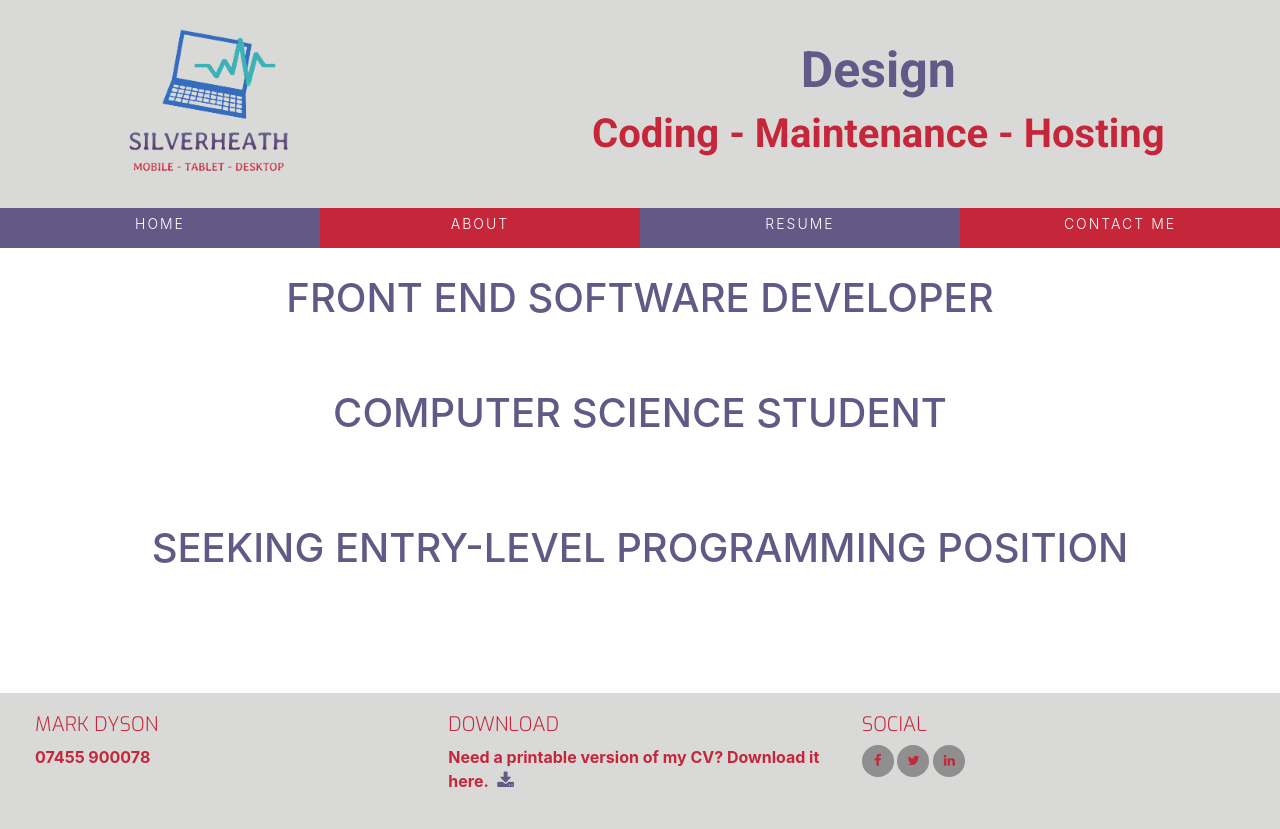
Repository: Code-Institute-Submissions/silverheath
Page: index.html
The author's editor kept a record of every edit. The page is drawn from the files as they stood at one moment, then again after the next edit.
The browser window is 1280 px wide. The pictures show the whole page.
Some web libraries are served in a nearby version.

Above is the page before.

### index.html
<!DOCTYPE html>
<html lang="en">

<head>
    <meta name="author" content="Mark Dyson">
    <meta charset="UTF-8">
    <meta name="viewport" content="width=device-width, initial-scale=1.0">
    <meta http-equiv="X-UA-Compatible" content="ie=edge">
    <link rel="stylesheet" href="https://maxcdn.bootstrapcdn.com/bootstrap/4.2.1/css/bootstrap.min.css" type="text/css" />
    <link rel="stylesheet" href="https://maxcdn.bootstrapcdn.com/font-awesome/4.7.0/css/font-awesome.min.css" type="text/css" />
    <link rel="stylesheet" href="https://cdnjs.cloudflare.com/ajax/libs/hover.css/2.1.1/css/hover-min.css" type="text/css" />
    <link rel="stylesheet" href="assets/css/style.css">
    <title>SilverHeath</title>
</head>

<body>
    <header>
        <div class="row no-gutters">
            <a class="col-md-4 logo" href="index.html"></a>
            <div class="col-md-8">
                <div class="row no-gutters bg-color-name-title">
                    <div class="col heading">
                        <h1 class="name" <h1 class="name">Design</h1>
                        <h2 class="title">Coding - Maintenance - Hosting</h2>
                    </div>
                </div>
                </div
                <div class="row no-gutters">
                    <div class="col">
                        <ul id="nav" class="list-inline menucontainer">
                            <li class="col-6 col-sm-3 list-inline-item ui-menu-color-home menuitem">
                                <a href="index.html" class="hvr-bounce-to-top"><span>Home</span></a>
                            </li>
                            <li class="col-6 col-sm-3 list-inline-item ui-menu-color-about menuitem">
                                <a href="about.html" class="hvr-bounce-to-bottom"><span>About</span></a>
                            </li>
                            <li class="col-6 col-sm-3 list-inline-item ui-menu-color-resume menuitem">
                                <a href="resume.html" class="hvr-bounce-to-top"><span>Resume</span></a>
                            </li>
                            <li class="col-6 col-sm-3 list-inline-item ui-menu-color-contact menuitem">
                                <a href="contact.html" class="hvr-bounce-to-bottom"><span>Contact Me</span></a>
                            </li>
                        </ul>
                    </div>
                </div>
            </div>
        </div>
    </header>
          <div class="topline">
          <p>
            <h1>Front End Software Developer</h1> </p>
          </p>
        </div>
          <div class="middleline">
        <p>
          <h1>Computer Science Student</h1> </p>
        </p>
      </div>
      <div class="bottomline">
      <p>
        <h1>Seeking entry-level Programming position</h1> </p>
      </p>
    </div>

                        </div>
                    </div>
                </div>
            </div>
        </div>

    </section>
    <footer class="container-fluid">
        <div id="footer-details" class="row">
            <div class="col-sm-4">
                <h5 class="uppercase general-sub">Mark Dyson</h5>
                <p class="inline-block">
                    07455 900078
                </p>
            </div>
            <div class="col-sm-4">
                <h5 class="uppercase general-sub">Download</h5>
                <p class="inline-block">
                  Need a printable version of my CV? Download it here.
                  <a href="assets/cv/cv.pdf" target="_blank" class="cv-pdf">
                                  <i class="fa fa-download" aria-hidden="true"></i>
                                  <span class="sr-only">Download link.</span>
                              </a>
                </p>
            </div>
            <div class="col-sm-4">
                <h5 class="uppercase general-sub">Social</h5>
                <ul class="list-inline social-links">
                    <li class="list-inline-item">
                        <a target="_blank" href="https://www.facebook.com/T123MRD">
                                        <i class="fa fa-facebook" aria-hidden="true"></i>
                                        <span class="sr-only">Facebook</span>
                                    </a>
                    </li>
                    <li class="list-inline-item">
                        <a target="_blank" href="https://twitter.com/md1858">
                                        <i class="fa fa-twitter" aria-hidden="true"></i>
                                        <span class="sr-only">Twitter</span>
                                    </a>
                    </li>
                    <li class="list-inline-item">
                        <a target="_blank" href="https://www.linkedin.com/in/mark-dyson-ba7397a1/">
                                        <i class="fa fa-linkedin" aria-hidden="true"></i>
                                        <span class="sr-only">LinkedIn</span>
                                    </a>
                    </li>



                </ul>
            </div>
        </div>
    </footer>
</body>

</html>

### assets/css/style.css
@import url('https://fonts.googleapis.com/css?family=Roboto:100,200,300,400,500,600,700|Exo:100,200,300,400,500,600,700');

/*--------------------------------------------Colors*/

.bg-color-name-title {
    background-color: #D9D9D8;
}

.bg-color-main-section {
    background-color: #fff;
}

.bg-color-personal-info {
    background-color: #f4f4f4;
}

.bg-color-portfolio {
    background-color: #625986;
}

.bg-color-contact {
    background-color: white;
}

.ui-menu-color-home {
    background-color: #625986;
}

.ui-menu-color-resume {
    background-color: #625986;
}

.ui-menu-color-about {
    background-color: #C52639;
}

.ui-menu-color-contact {
    background-color: #C52639;
}

.ui-menu-color-download {
    background-color: #525252;
}

.row-table {
    display: table;
}

.section-column {
    display: table-cell;
    padding: 0 30px 30px;
    float: none;
}

.section-heading {
    font-family: "Exo", sans-serif;
    font-weight: 300;
    margin-top: 25px;
    margin-bottom: 60px;
}

.portfolio-heading {
    color: #625986;
    font-weight: bold;
}


/* ----------------------------------------Special paddings/margins/text */

h1,
h2,
h3,
h4 {
    margin: 0;
}

.uppercase {
    text-transform: uppercase;
}

.general-sub {
    font-family: "Exo", sans-serif;
    font-weight: 300;
    color: #C52639;
}

.inline-block {
    display: inline-block;
}

.row-table {
    display: table;
}

.section-column {
    display: table-cell;
    padding: 0 30px 30px;
    float: none;
}

.history-heading,
.section-heading {
    font-family: "Exo", sans-serif;
    font-weight: 300;
    margin-top: 25px;
    margin-bottom: 40px;
}

.bottom-resume {
    padding: 0 130px 130px;

}


/*--------------------------------------------Heading*/

header {
    margin: 0;
}

.heading {
    margin-top: 30px;
    margin-left: 50px;
    margin-bottom: 30px;
}

.logo {
    background: url("../images/logo.jpg");
    background-position: center;
    background-repeat: no-repeat;
    background-size: contain;
    background-color: #D9D9D8;
    min-height: 150px;
    max-height: 247px;
    transition: all .5s ease-in-out;
    -moz-transition: all .5s ease-in-out;
    -webkit-transition: all .5s ease-in-out;
}

.name {
    font-family: "Roboto", sans-serif;
    font-weight: 800;
    font-size: 50px;
    margin-top: 10px;
    margin-bottom: 10px;
    color: #625986;
    text-align: center;
}

.title {
    font-family: "Roboto", sans-serif;
    font-weight: 800;
    font-size: 40px;
    margin-top: 5px;
    margin-bottom: 20px;
    color: #C52639;
    text-align: center;
}

.list-inline-item:not(:last-child) {
    margin: 0;
}

.menucontainer {
    font-size: 0;
}

#nav li {
    font-size: 14px;
    padding: 0;
}

#nav {
    margin: 0;
}

.menuitem {
    height: 40px;
    text-align: center;
    padding: 0;
}

.menuitem a {
    width: 100%;
    text-decoration: none;
    color: #fff;
    height: 40px;
}

.menuitem a i {
    padding-top: 22px;
    display: block;
    color: #fafafa;
    font-size: 26px;
}

.menuitem span {
    display: block;
    width: 100%;
    padding-top: 5px;
    text-align: center;
    text-transform: uppercase;
    font-size: 14px;
    font-weight: 300;
    letter-spacing: 2px;
}

/*----------------------summary----------------------*/

.topline {
    padding-top: 10px;
    padding-bottom: 10px;
    margin-bottom: 15px;
    margin-left: 200;
    text-align: center;
    font-size: 40px;
    text-transform: uppercase;
    font-weight: bold;
    color: #625986;
}

.middleline {
    padding-top: 10px;
    padding-bottom: 10px;
    margin-bottom: 15px;
    margin-left: 200;
    text-align: center;
    font-size: 40px;
    text-transform: uppercase;
    font-weight: bold;
    color: #625986;
}

.bottomline {
    padding-top: 30px;
    padding-bottom: 80px;
    margin-bottom: 25px;
    margin-left: 200;
    text-align: center;
    font-size: 40px;
    text-transform: uppercase;
    font-weight: bold;
    color: #625986;
}

/*----------------------Hover.css----------------------*/

/* hvr-underline-from-center:before */

hvr-outline-out {
    background: rgba(0, 0, 0, 0.2);
    height: 40px;
}

/* ----------------------Footer---------------------- */

footer {
    background-color: #525252;
    color: #C52639;
    min-height: 120px;
    margin: 0;
}

.cv-pdf i {
    font-size: 18px;
    color: #625986;
    text-align: center;
    padding-left: 5px;
    transition: all 0.35s ease-in-out;
    -moz-transition: all 0.35s ease-in-out;
    -webkit-transition: all 0.35s ease-in-out;
    -o-transition: all 0.35s ease-in-out;
}

.cv-pdf i:hover {
    color: #C52639;
}

.social-links {
    padding-bottom: 15px;
}

.social-links li a i {
    width: 32px;
    height: 32px;
    padding: 12px 0;
    border-radius: 50%;
    font-size: 13px;
    line-height: 7px;
    text-align: center;
    color: #C52639;
    background: #8f8f8f;
    transition: all 0.35s ease-in-out;
    -moz-transition: all 0.35s ease-in-out;
    -webkit-transition: all 0.35s ease-in-out;
    -o-transition: all 0.35s ease-in-out;
}

.social-links li a i:hover {
    background: #625986;
}

#footer-details {
    padding: 20px;
    background-color: #D9D9D8;
    color: #C52639;
    font-weight: bold;
}



/* ----------------------Contact Form---------------------- */

.contact-heading {
    font-family: "Exo", sans-serif;
    font-weight: 300;
    margin-top: 25px;
    margin-bottom: 20px;
}

.center-form {
    padding-top: 10px;
    margin: 0 auto;
    max-width: 70%;
}

button[type="submit"] {
    margin-top: 15px;
    margin-bottom: 20px;
    color: white;
    background-color: #625986;
}

/* ----------------------Media Queries---------------------- */

@media(min-width: 992px) {
    .center-form {
        padding-top: 30px;
        min-height: 240px;
        margin: 0 auto;
        max-width: 50%;
    }
}

After the next edit:
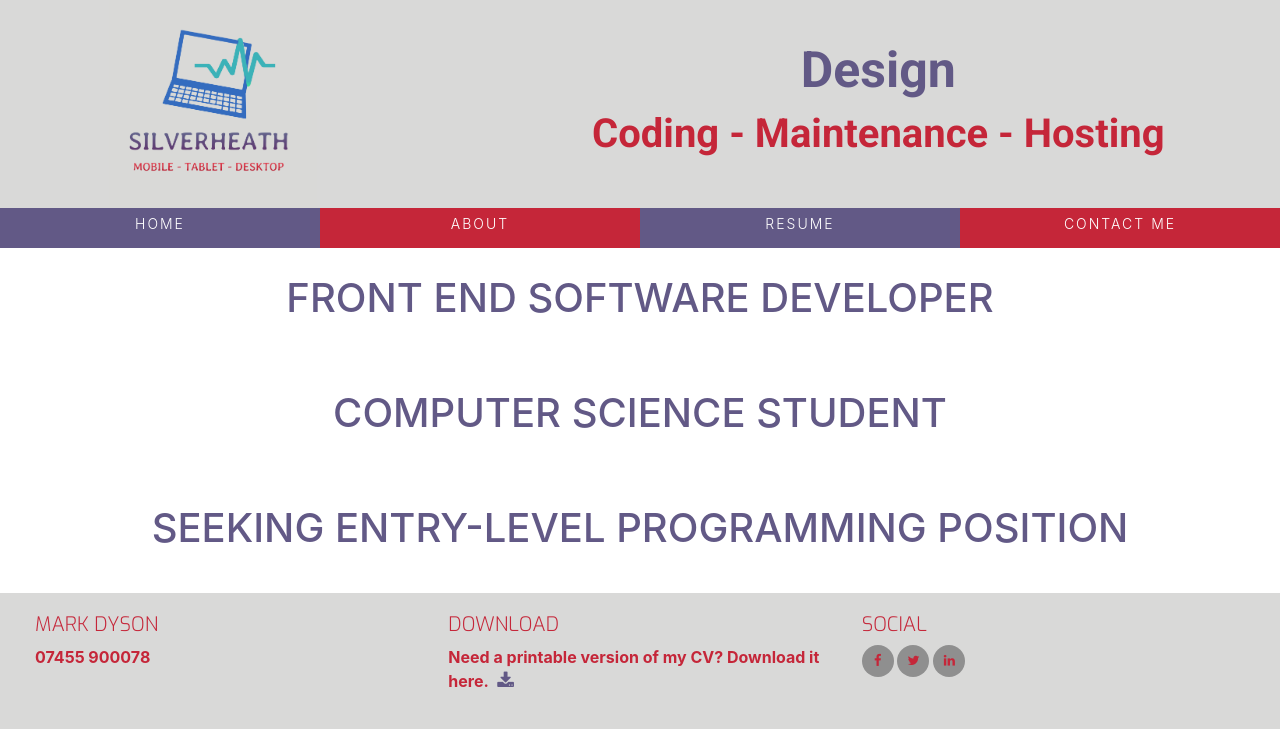
The edit:
--- a/assets/css/style.css
+++ b/assets/css/style.css
@@ -232,9 +232,9 @@
 }
 
 .bottomline {
-    padding-top: 30px;
-    padding-bottom: 80px;
-    margin-bottom: 25px;
+    padding-top: 10px;
+    padding-bottom: 10px;
+    margin-bottom: 15px;
     margin-left: 200;
     text-align: center;
     font-size: 40px;
